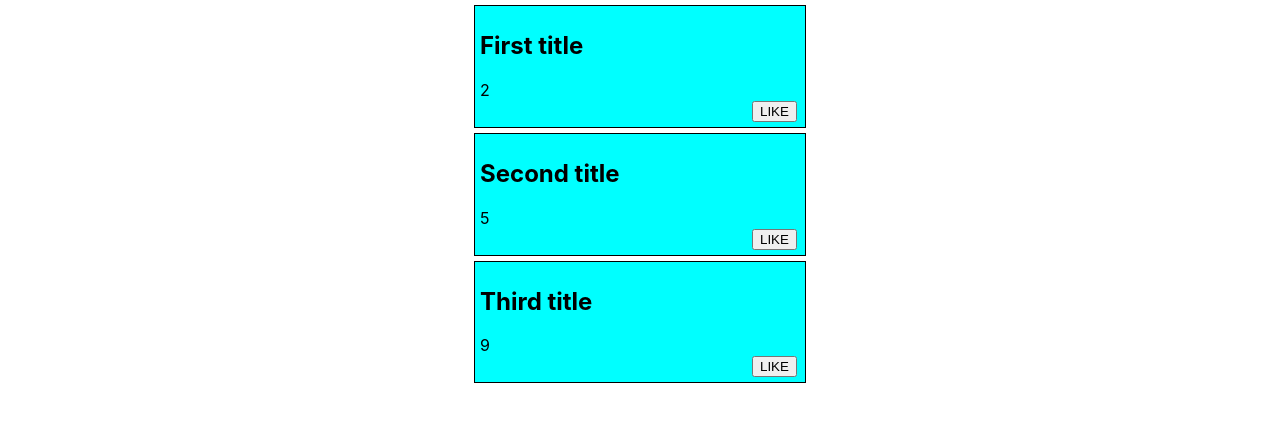
Repository: asapvtec98/egzamin
Page: /
An editor plug-in stored every save of this project. The page is shown before and after the next save, followed by the edit.
The browser window is 1280 px wide. The pictures show the whole page.
The project was rebuilt for these pictures with package versions that can differ from the ones it lists, and the page was loaded fresh each time.

Above is the page before, as saved 2023-11-14 12:32:50.

### src/App.js
import React from "react";
import Komentarz from "./components/Comment";
function App() {
  const comments = [
    {
      title: "First title",
      likes: 2
    },
    {
      title: "Second title",
      likes: 5
    },
    {
      title: "Third title",
      likes: 9
    }
  ]

  const displayComments = comments.map((comment) =>
      <div className="Comment">
        <Komentarz title={comment.title} likes={comment.likes}></Komentarz>
      </div>
  )

  return (
      <div className="App">
        {displayComments}
      </div>
  )
}

export default App;

### src/components/Comment.js
import React, { useState } from "react";
import "./Comment.css";

function Komentarz(props) {
    const [likes, setLike] = useState(false);
    const [count, setCount] = useState(parseInt(props.likes));
    const [show, setShow] = useState(true);

    const handleLikes = () => {
        if(!likes) {
            setLike(true);
            setCount(count + 1);
        } else {
            setLike(false);
            setCount(count - 1);
        }


    };

    return(
        <div className="comment">
            <h2>{props.title}</h2>
            <div>
                    <p className="inline" >{count}</p>
                    <button type="button" onClick={() => {
                        setShow(!show)
                        handleLikes();
                    }}>{show === true ? 'LIKE' : 'DISLIKE'}</button>
            </div>
        </div>
    )

}
export default Komentarz;

### src/components/Comment.css
.comment {
    border: 1px solid black;
    background-color:aqua;
    margin: auto;
    margin-top: 5px;
    margin-bottom: 5px;
    width: 25%;
    padding: 5px;

}


.inline {
    display: inline;
}

button {
    margin-left: 85%;
}

Loaded but not shown: public/index.html (common file); src/index.js (common file); src/index.css (common file); src/reportWebVitals.js (common file)

After the next save:
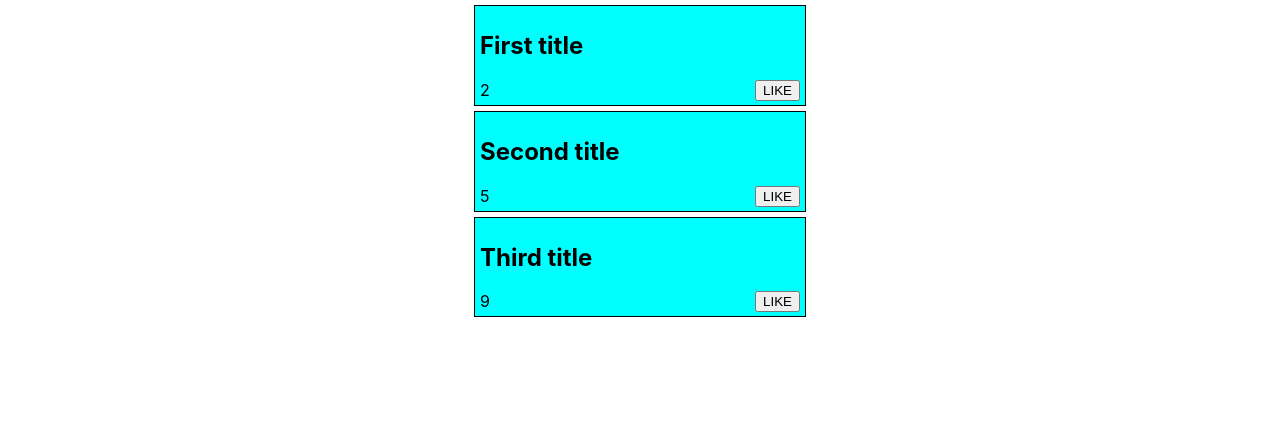
Saved 12 s later.
--- a/src/components/Comment.css
+++ b/src/components/Comment.css
@@ -15,5 +15,5 @@
 }
 
 button {
-    margin-left: 85%;
+    float: right;
 }
